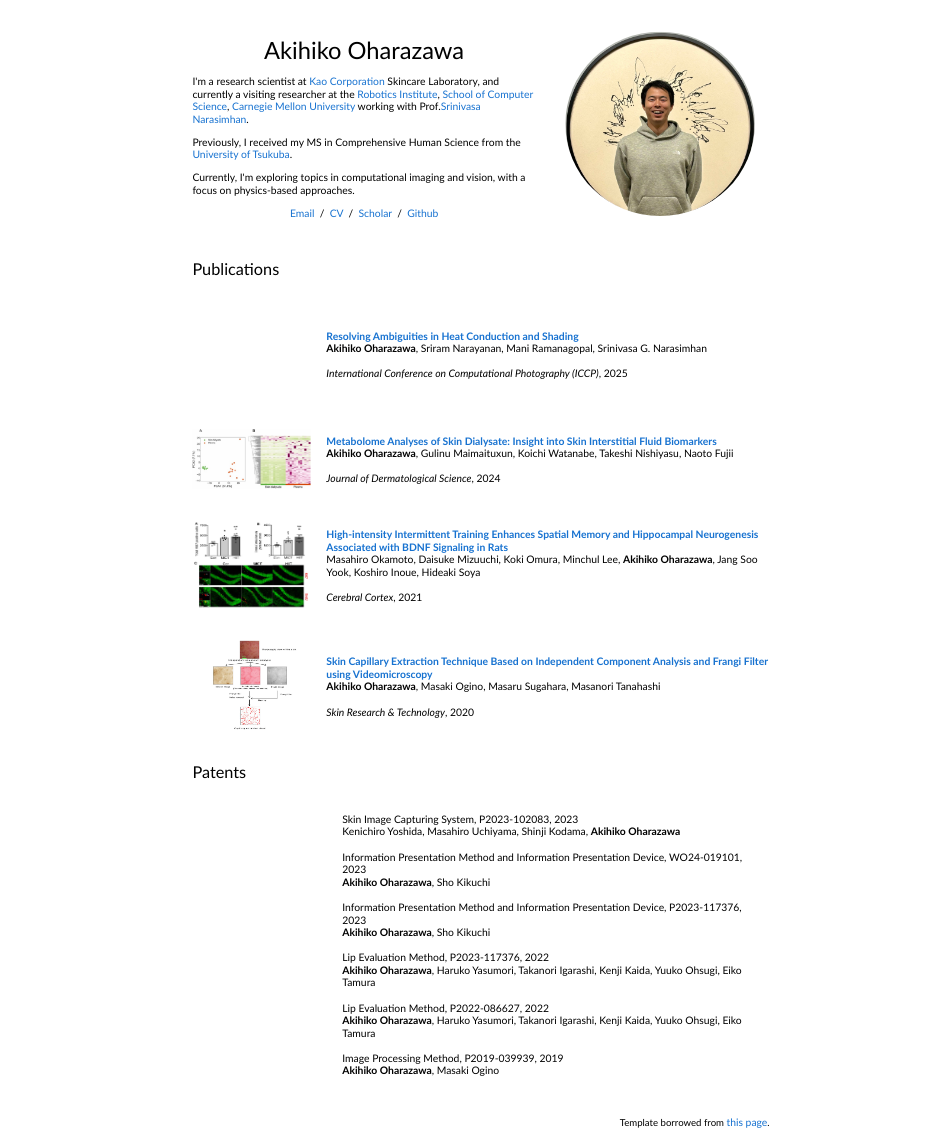
Repository: akihikooharazawa/akihikooharazawa.github.io
Page: index.html
These files come from the project's save history. The page is drawn as it stood at one moment and after the next save; the edit follows.
The browser window is 1280 px wide. The pictures show the whole page, at 74% of full size.
Pictures or frames that could not be fetched are drawn as grey boxes.

Above is the page before, as saved 2025-07-25 11:24:58.

After the next save:
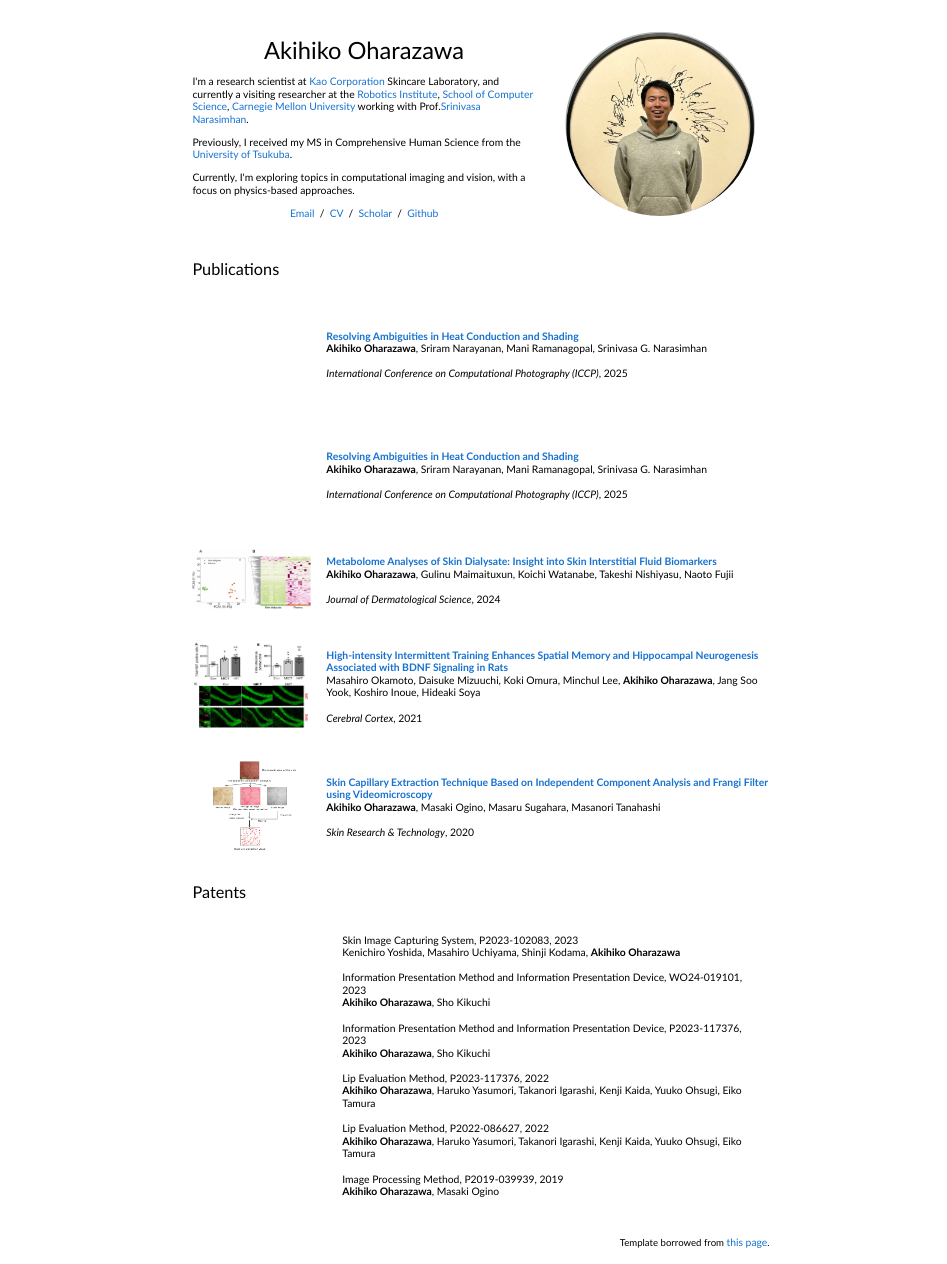
Saved 53 s later.
--- a/index.html
+++ b/index.html
@@ -84,6 +84,27 @@
             </tr>
             <!-- End ICCP 2025 -->
 
+            <!-- ICCP 2025 -->
+            <tr>
+              <td style="padding:20px;width:25%;vertical-align:middle">
+                <video id="theory" width="160" height="120" autoplay muted loop playsinline style="border-style: none">
+                  <source src="videos/ICCP2025.mp4" type="video/mp4">
+                </video>
+              </td>
+              <td width="75%" valign="middle">
+                <a href="https://imaging.cs.cmu.edu/shape-from-laplacian-and-shading/">
+                  <span class="papertitle">Resolving Ambiguities in Heat Conduction and Shading</span>
+                </a>
+                <br>
+                <strong>Akihiko Oharazawa</strong>, Sriram Narayanan, Mani Ramanagopal, Srinivasa G. Narasimhan
+                <br>
+                <br>
+                <em>International Conference on Computational Photography (ICCP)</em>, 2025
+                <br>
+              </td>
+            </tr>
+            <!-- End ICCP 2025 -->
+
             <!-- JDS 2025 -->
             <tr>
               <td style="padding:20px;width:25%;vertical-align:middle">
